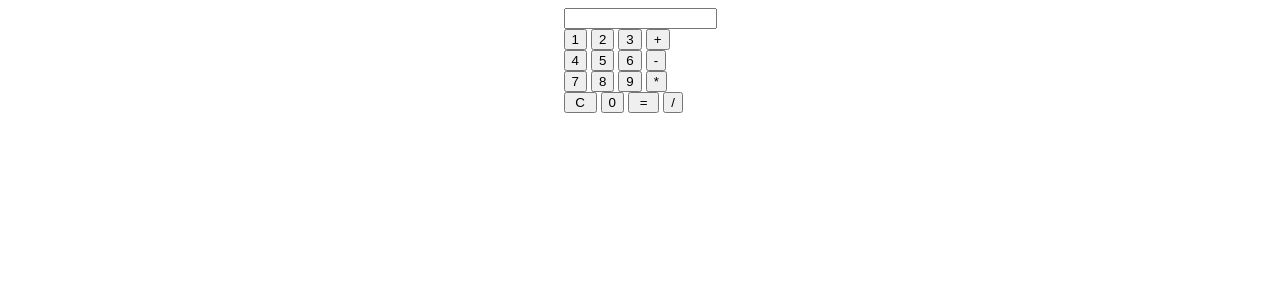
Repository: Drumstrum88/LAB-calculator
Page: index.html
An editor plug-in stored every save of this project. The page is shown before and after the next save, followed by the edit.
The browser window is 1280 px wide. The pictures show the whole page.

Above is the page before, as saved 2023-04-15 20:50:27.

### index.html
<!DOCTYPE html>
<html lang="en">
<head>
  <meta charset="UTF-8">
  <meta http-equiv="X-UA-Compatible" content="IE=edge">
  <meta name="viewport" content="width=device-width, initial-scale=1.0">
  <title>Calculator</title>
  <link rel="stylesheet" href="main.css">
</head>
<body>
  <div class="center-div">
  <input type="text" name="input" size="16" id="answer"><br>
  <input type="button" name="one" value="1" onclick="calc.input.value += '1'">
            <input type="button" name="two" value="2" onclick="calc.input.value += '2'">
            <input type="button" name="three" value="3" onclick="calc.input.value += '3'">
            <input type="button" class="operator" name="plus" value="+" onclick="calc.input.value += '+'">
            <br>
            <input type="button" name="four" value="4" onclick="calc.input.value += '4'">
            <input type="button" name="five" value="5" onclick="calc.input.value += '5'">
            <input type="button" name="six" value="6" onclick="calc.input.value += '6'">
            <input type="button" class="operator" name="minus" value="-" onclick="calc.input.value += '-'">
             <br>
             <input type="button" name="seven" value="7" onclick="calc.input.value += '7'">
             <input type="button" name="eight" value="8" onclick="calc.input.value += '8'">
             <input type="button" name="nine" value="9" onclick="calc.input.value += '9'">
             <input type="button" class="operator" name="times" value="*" onclick="calc.input.value += '*'">
             <br>
             <input type="button" id="clear" name="clear" value=" C " onclick="calc.input.value=''">
             <input type="button" name="zero" value="0" onclick="clac.input.value +='0'">
             <input type="button" name="doit" value=" = " onclick="calc.input.value=eval(calc.input.value)">
             <input type="button" class="operator" name="div" value="/" onclick="calc.input.value += '/'">
            </div>
  </body>
</html>

### main.css
body {
  display: flex;
  justify-content: center;
  align-items: center;
}
  center-div {
  width: 400px;
  background-color: black;
  }

After the next save:
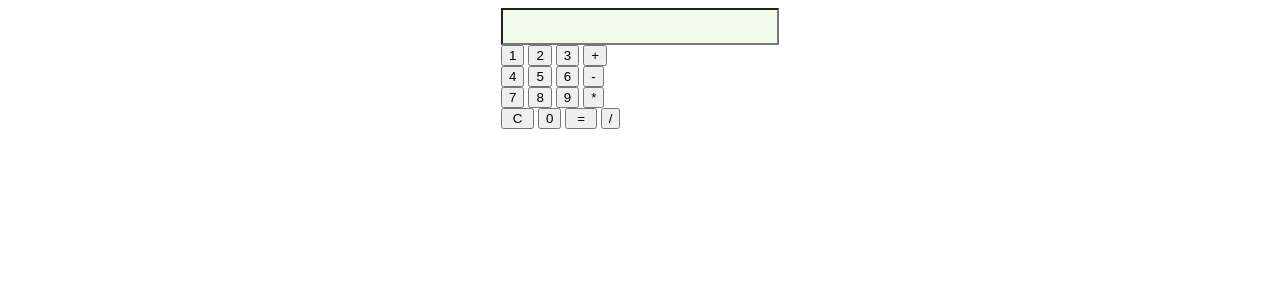
Saved 69 s later.
--- a/main.css
+++ b/main.css
@@ -7,3 +7,20 @@ body {
   width: 400px;
   background-color: black;
   }
+
+
+  #answer{
+    width: 270px;
+    font-size: 26px;
+    text-align: center;
+    background-color: #f1faeb;
+    float: left;
+}
+/* answer hover effect */
+#answer:hover{
+    width: 270px;
+    font-size: 26px;
+    text-align: center;
+    box-shadow: 0 4px rgba(0,0,0,0.2);
+    background-color: #f1faeb;
+}
